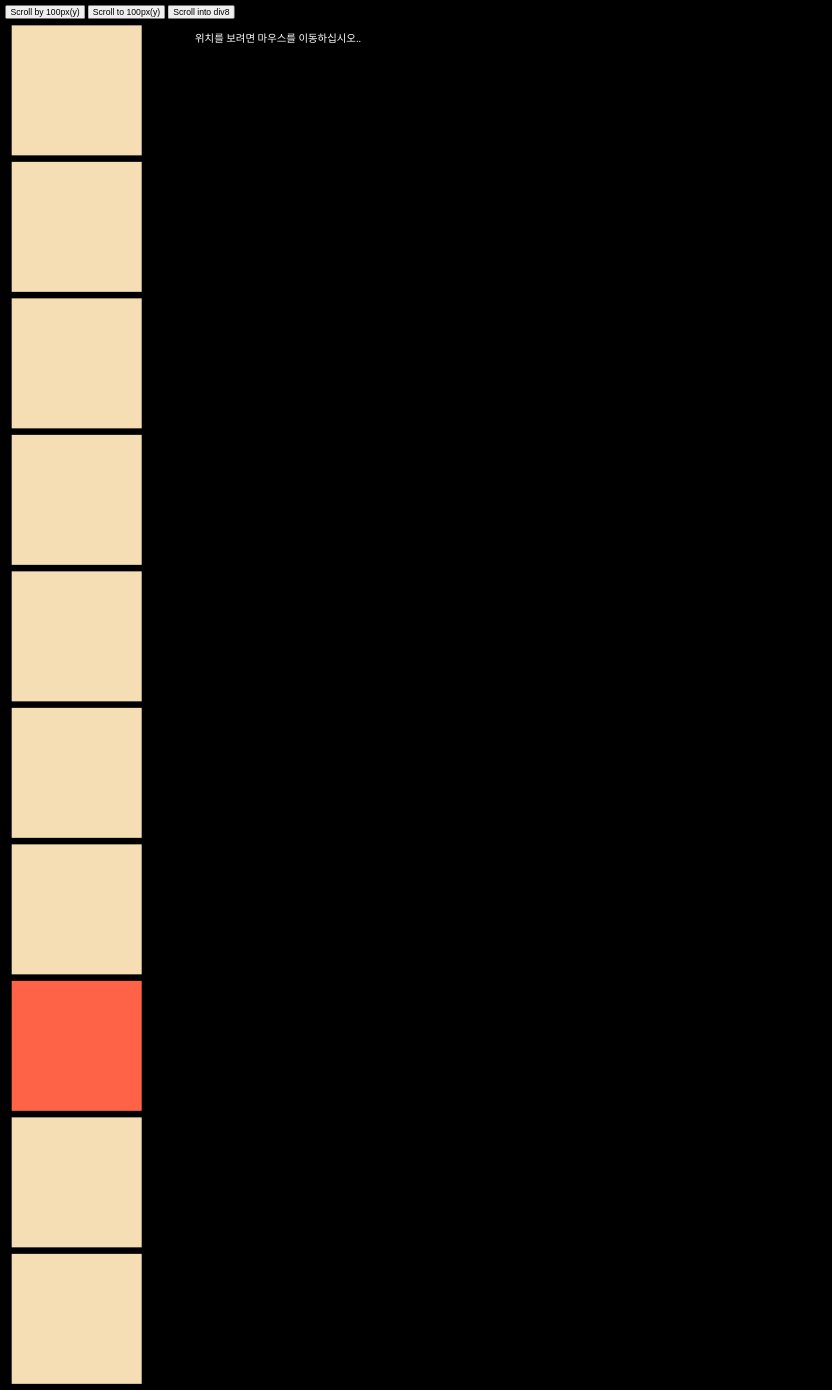
Repository: GoodHoneyCake/Dream_Coding_Academy5
Page: browser/chap1/window_coordinate.html
The author's editor kept a copy of each file at every save. The page is drawn from the files as they stood at one save, then again after the next save.
The browser window is 1280 px wide. The pictures show the whole page, at 65% of full size.

Above is the page before, as saved 2021-01-28 13:51:12.

After the next save:
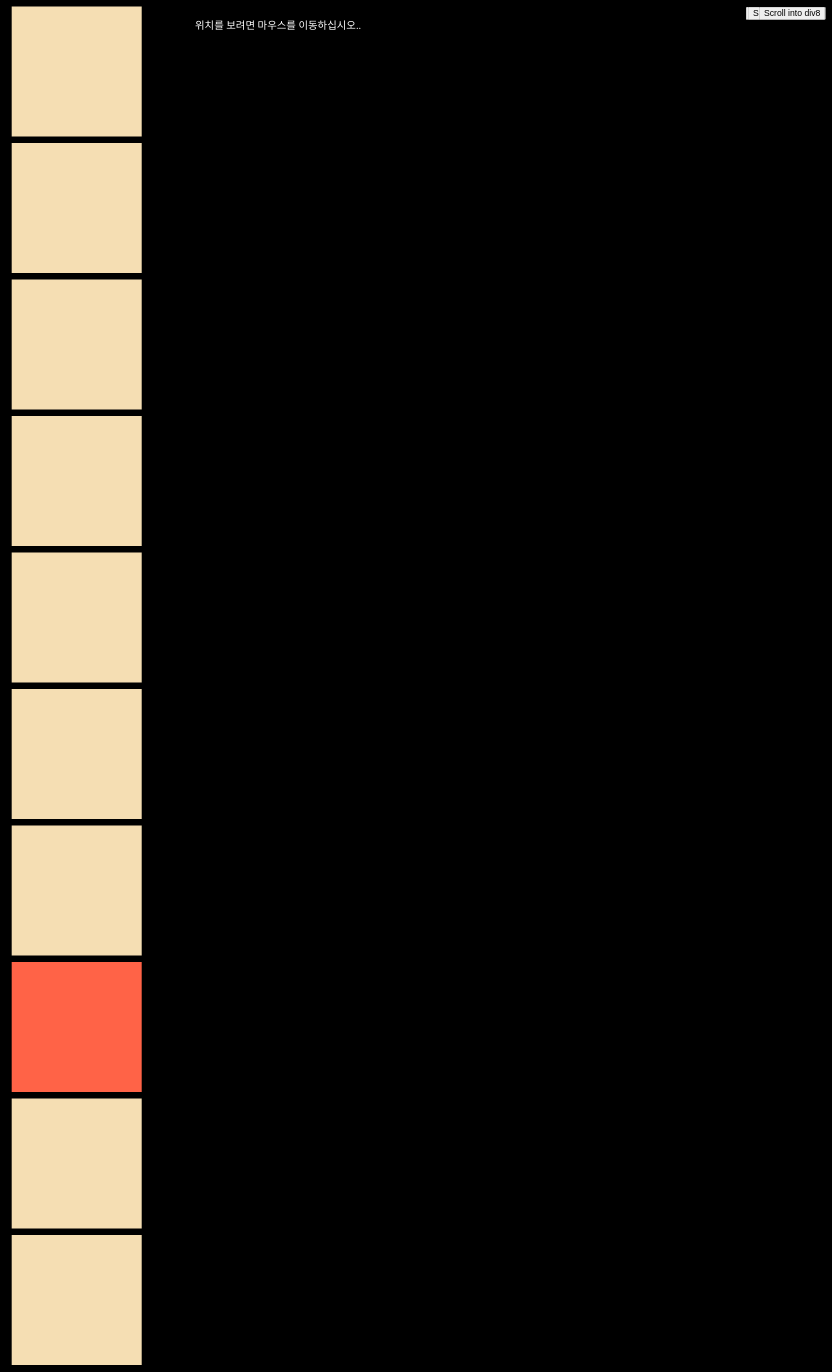
Saved 5 s later.
--- a/browser/chap1/window_coordinate.html
+++ b/browser/chap1/window_coordinate.html
@@ -11,7 +11,7 @@
       color: white;
     }
     button {
-      position: static;
+      position: absolute;
       right: 10px;
     }
     p {
